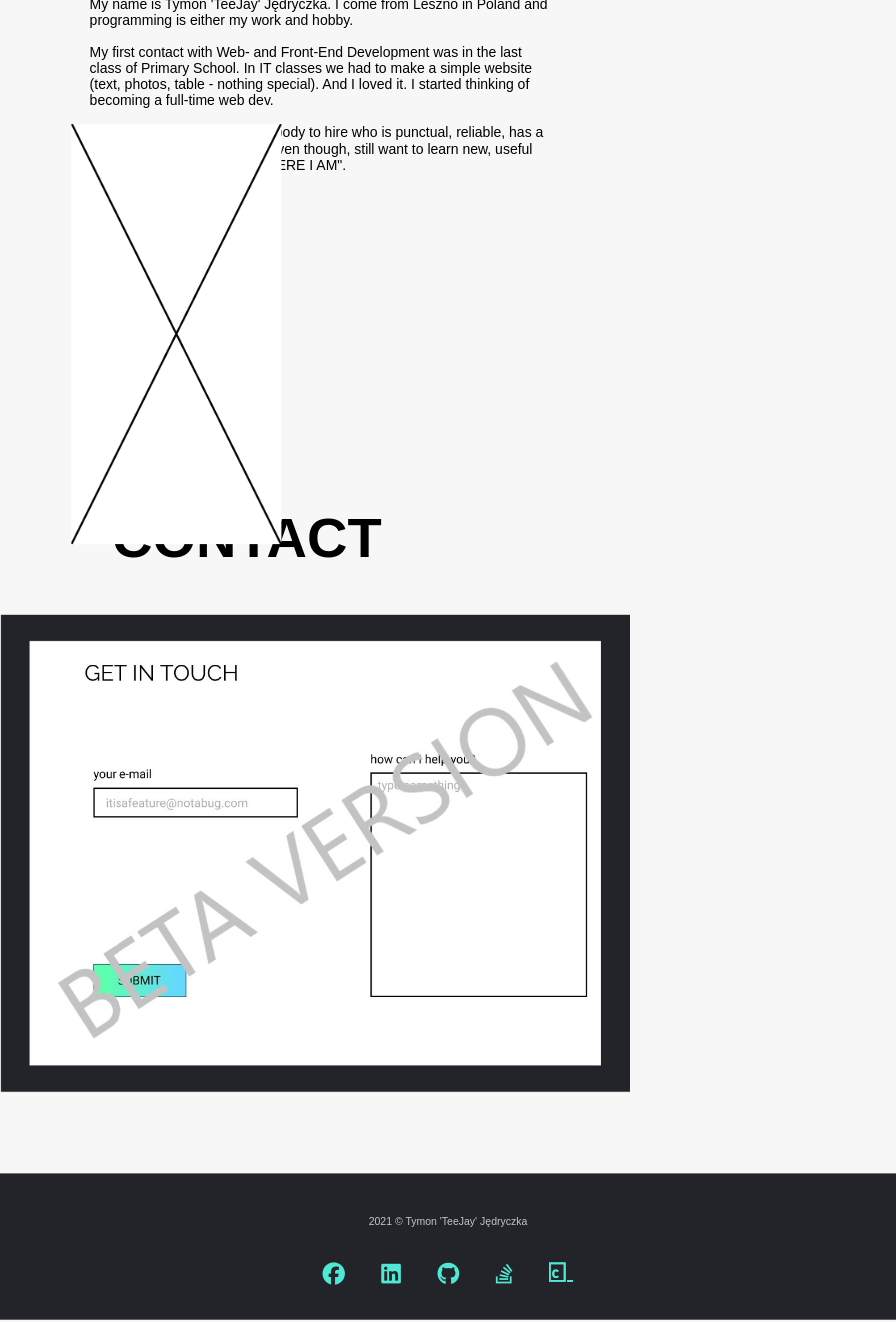
Repository: TeeJaysDev/Portfolio
Page: index.html
An editor plug-in stored every save of this project. The page is shown before and after a run of saves, followed by the edit.
The browser window is 1280 px wide. The pictures show the part of the page from y = 2425 to 4345 px (the page is 4313 px tall before and 4345 px after), at 70% of full size.
Some web libraries are served in a nearby version.

Above is the page before, as saved 2021-05-04 22:03:36.

### index.html
<!DOCTYPE html>
<html lang="en">
<head>
    <meta charset="UTF-8">
    <meta http-equiv="X-UA-Compatible" content="IE=edge">
    <meta name="viewport" content="width=device-width, initial-scale=1.0">
    <meta name="description" content="Author: Tymon 'TeeJay' Jędryczka, Purpose: It's just a portfolio, Technologies: HTML, CSS">
    <link rel="stylesheet" href="style.css">
    <script src="https://kit.fontawesome.com/97735ba04a.js" crossorigin="anonymous"></script>
    <title>Tymon Jędryczka | Portfolio</title>
</head>
<body>
    <nav>
        <a href="#skills"><h3>skills</h3></a>
        <a href="#projects"><h3>projects</h3></a>
        <a href="#about"><h3>about</h3></a>
        <a href="#contact"><h3>contact</h3></a>
    </nav>
    <header>
        <h2 class="welcome_part_h2">
            h1
        </h2>
        <h1 class="welcome_part_h1">
            Hi, I'm <br>
            <strong>Tymon Jędryczka</strong><br>
        </h1>
        <h1 class="welcome_part_h1_2">
            I design and build <br>
            incredible websites / webapps
        </h1>
        <p class="welcome_part_p">
            Web Dev and UX/UI Designer from Poland
        </p>
    </header>
    <main>
        <h1>
            SKILLS
        </h1>
        <section id="skills">
            <div class="languages">
                <div class="box">
                    <div class="image_h2">
                        <img src="Images/svg/languages.svg" alt="Languages I use all the time">
                        <h2>Languages</h2>
                    </div>
                    <div class="text">
                        <ul>
                            <li>HTML</li>
                            <li>CSS</li>
                            <li>JS</li>
                        </ul>
                    </div>
                </div>
            </div>
            <div class="frameworks">
                <div class="box">
                    <div class="image_h2">
                        <img src="Images/svg/frameworks.svg" alt="Frameworks I often use">
                        <h2>Frameworks</h2>
                    </div>
                    <div class="text">
                        <ul>
                            <li>React</li>
                            <li>Angular</li>
                            <li>Vue</li>
                        </ul>
                    </div>
                </div>
            </div>
            <div class="design">
                <div class="box">
                    <div class="image_h2">
                        <img src="Images/svg/design.svg" alt="Tool I use to create beautiful designs">
                        <h2>Design</h2>
                    </div>
                    <div class="text">
                        <ul>
                            <li>Figma</li>
                            <li>Inkscape</li>
                            <li>Own Ideas</li>
                        </ul>
                    </div>
                </div>
            </div>
            <div class="tools">
                <div class="box">
                    <div class="image_h2">
                        <img src="Images/svg/tools.svg" alt="Other tools I use to improve code performance and designs">
                        <h2>Tools</h2>
                    </div>
                    <div class="text">
                        <ul>
                            <li>VS Code</li>
                            <li>Git</li>
                            <li>Yarn</li>
                        </ul>
                    </div>
                </div>
            </div>
        </section>
        <section id="projects">
            <h1>
                PROJECTS
            </h1>
        </section>
        <section id="about">
            <h1>
                ABOUT
            </h1>
            <h2>
                Who am I?
            </h2>
            <div class="container">
                <p>
                    My name is Tymon 'TeeJay' Jędryczka. I come from Leszno in Poland and programming is either my work and hobby.
                    <br><br>
                    My first contact with Web- and Front-End Development was in the last class of Primary School. In IT classes we had to make a simple website (text, photos, table - nothing special). And I loved it. I started thinking of becoming a full-time web dev.
                    <!-- <br><br> I am also a self-taught dev and with CodeCademy and YouTube I get knowledge of HTML5, CSS3, JS, and its frameworks (React, Angular, Vue). I call myself a 2-in-1 developer 'cause I design things (usually in Figma) and then make them real by writing some code. -->
                    <br><br>
                    So if you are looking for somebody to hire who is punctual, reliable, has a great deal of knowledge and even though, still want to learn new, useful technologies, my answer is "HERE I AM".
                </p>
                <img src="Images/png/to_replace.png" alt="photo of myself">
            </div>
        </section>
        <section id="contact">
            <h1>
                CONTACT
            </h1>
            <img src="Images/png/contactform.png" alt="contactform BETA VERSION">
        </section>
    </main>
    <footer>
        <h2>2021 &copy; Tymon 'TeeJay' Jędryczka</h2>
        <ul>
            <li><a href="https://facebook.com/tymonjedr/" aria-label="Facebook" target="_blank" rel="noopener"><i class="fab fa-facebook"></i></a></li>
            <li><a href="https://linkedin.com/in/tymon-jedryczka/" aria-label="LinkedIn" target="_blank" rel="noopener"><i class="fab fa-linkedin"></i></a></li>
            <li><a href="https://github.com/TeeJaysDev" aria-label="GitHub" target="_blank" rel="noopener"><i class="fab fa-github"></i></a></li>
            <li><a href="https://stackoverflow.com/users/15029595/teejaysdev" aria-label="StackOverflow" target="_blank" rel="noopener"><i class="fab fa-stack-overflow"></i></a></li>
            <li><a href="https://codecademy.com/profiles/TeeJaysDev" target=”_blank” rel="noopener"><img src="Images/svg/codecademy.svg" alt=""></a></li>
        </ul>
    </footer>
</body>
</html>

### style.css
@import url('https://fonts.googleapis.com/css2?family=Raleway&display=swap');

* {
    margin: 0;
    padding: 0;
    font-family: sans-serif;
    text-decoration: none;
}

body {
    background-color: #F7F7F7;
}

nav {
    display: flex;
    justify-content: flex-end;
}

nav a {
    color: #000000;
    padding: 0.938rem;
    margin-top: 2rem;
    margin-right: 3.125rem;
    font-size: 1.563rem;
}

.welcome_part_h1 strong {
    background-image: linear-gradient(147deg, #4bffa5, #54d4ff 90%);
    background-size: 100%;
    background-repeat: repeat;
    background-clip: text;
    -webkit-background-clip: text;
    -webkit-text-fill-color: transparent;
    -moz-background-clip: text;
    -moz-text-fill-color: transparent;
    -webkit-text-stroke: 1.5px black;
}

.welcome_part_h2 {
    font-family: monospace;
    font-size: 3.75rem;
    margin-top: 9rem;
    margin-left: 2.5rem;
    margin-bottom: 0rem;
}

.welcome_part_h1, .welcome_part_h1_2{
    margin-top: 2rem;
    margin-left: 5rem;
    font-family: Raleway;
    font-weight: lighter;
    font-size: 5rem;
    min-width: 18ch;
}

.welcome_part_h1_2 {
    margin: 0.5rem auto 2rem 5rem;
    font-family: Raleway;
    font-weight: lighter;
    font-size: 4.1rem;
    min-width: 18ch;
}

.welcome_part_p {
    margin-bottom: 18rem;
    margin-left: 4rem;
    font-size: 2.5rem;
}

.box .image_h2 {
    justify-items: center;
}

.image_h2 img {
    width: 100px;
    height: 100px;
}

#skills {
    display: grid;
    justify-content: center;
    grid-template-columns: repeat(auto-fit, 400px);
    margin-left: 4.5rem;
}

main h1 {
    font-size: 5rem;
    margin-left: 10rem;
    margin-top: 10rem;
}

.image_h2 {
    display: flex;
    flex-wrap: wrap;
    margin: 4rem 20rem 1rem 1rem;
    font-size: 2rem;
}

.text {
    display: flex;
    flex-wrap: wrap;
}

.text ul li {
    list-style: none;
    margin: 1rem;
    color: #000000;
    font-weight: bold;
    font-size: 1.2rem;
    text-align: center;
    align-items: center;
    border-radius: 1rem;
    margin: 0.3125rem 0.3125rem;
    display: inline-block;
    width: 7rem;
    background-image: linear-gradient(147deg, #4bffa5, #54d4ff 90%);
    padding-top: 1rem;
    padding-bottom: 1rem;
}

#projects h1 {
    margin-top: 10rem;
}

#about .container {
    display: grid;
    grid-template-columns: repeat(auto-fit, 1fr);
    height: 600px;
    width: 100%;
    color: #000000;
}

#about h2 {
    margin-left: 5rem;
    margin-top: 7rem;
}

#about p {
    font-size: 1.25rem;
    min-width: 32ch;
    max-width: 60ch;
    margin-left: 8rem;
    margin-bottom: 5rem;
    margin-top: 2rem;
}

#about img {
    width: 600px;
    height: 300px;
    margin-left: -3rem;
    transform: rotate(90deg);
    align-items: center;
}

#contact {
    display: block;
}

#contact h1 {
    margin-bottom: 4rem;
}

#contact img {
    width: 900px;
    margin-bottom: 7rem;
}

footer, footer h2 {
    color: #C5C4C6;
    background-color: #232429;
    font-family: Arial, Helvetica, sans-serif;
    font-size: 0.938rem;
    font-weight: lighter;
    text-align: center;
    z-index: -1;
    padding-top: 1.875rem;
    padding-bottom: 3.125rem;
}

footer ul li{
    margin: 0rem 1.5rem;
    display: inline;
}

footer .fab {
    color: #50E8D5;
    font-size: 2rem;
}

footer img{
    width: 2.2rem;
}

body .error {
    text-align: center;
}

.error p {
    font-family: Quicksand;
    font-weight: 700;
    color: #000000;
    font-size: 20rem;
    margin-top: 5rem;
}

.error button a {
    text-decoration: none;
    text-align: center;
    color: #000000;
    font-size: 2rem;
    padding: 3rem;
}

.error .mainError {
    display: flex;
    text-align: center;
    margin-left: 40rem;
    margin-right: auto;
}

.error img {
    width: 250px;
}

.error button {
    margin-top: 10rem;
}
/* Smartphone (portrait) --- */

@media only screen
and (max-width: 767px) {

    nav {
        display: flex;
        justify-content: flex-end;
        margin-right: 1rem;
        margin-top: 0rem;
    }

    nav a {
        padding: 0.938rem;
        margin-top: 2rem;
        margin-right: -1rem;
        font-size: 1rem;
    }

    .welcome_part_h2 {
        font-family: monospace;
        font-size: 1.875rem;
        margin-top: 9rem;
        margin-left: 1rem;
    }

    .welcome_part_h1 {
        margin-top: 1rem;
        margin-left: 2rem;
        font-size: 2.5rem;
        min-width: 18ch;
    }

    .welcome_part_h1_2 {
        margin-bottom: 2rem;
        margin-left: 2rem;
        font-size: 2rem;
    }

    .welcome_part_p {
        margin-bottom: 10rem;
        margin-left: 2rem;
        font-size: 1.25rem;
    }

    main h1 {
        margin-left: 3rem;
        font-size: 4rem;
    }

    #about p {
        font-size: 1.25rem;
        max-width: 35ch;
        margin-left: 2rem;
        margin-bottom: 5rem;
    }

    #about h2 {
        margin-left: 2rem;
        margin-top: 5rem;
    }

    #about img {
        margin-left: -1rem;
    }

    footer, footer h4 {
        padding-top: 1.875rem;
        padding-bottom: 3.125rem;
        width: 100%;
    }

    footer li{
        display: inline;
    }
}



@media only screen
and (min-width: 768px)
and (max-width: 1024px)
and (orientation: portrait) {

    * {
        margin: 0;
        padding: 0;
        font-family: sans-serif;
        text-decoration: none;
    }

    body {
        background-color: #F7F7F7;
    }

    nav {
        display: flex;
        justify-content: flex-end;
        margin-right: 0rem;
        margin-top: 0rem;
    }

    nav a {
        color: #000000;
        padding: 0.938rem;
        margin-top: 2rem;
        margin-right: 3.125rem;
        font-size: 1.563rem;
    }

    .welcome_part_h2 {
        font-family: monospace;
        font-size: 3.75rem;
        margin-top: 13rem;
        margin-left: 2.5rem;
        margin-bottom: 0rem;
    }

    .welcome_part_h1 {
        margin-top: 2rem;
        margin-left: 5rem;
        margin-bottom: 2rem;
        font-family: Raleway;
        font-weight: lighter;
        font-size: 3.9rem;
        min-width: 18ch;
    }

    .welcome_part_p {
        margin-bottom: 20rem;
        margin-left: 4rem;
    }

    #about p {
        font-size: 1.25rem;
        max-width: 45ch;
        margin-left: 8rem;
        margin-bottom: 5rem;
    }

    #about h2 {
        margin-left: 5rem;
        margin-top: 5rem;
    }

    #projects h1 {
        width: 15%;
        margin-top: 3rem;
    }

    #about h1 {
        width: 15%;
    }

    #contact h1 {
        width: 17%;
    }

    footer, footer h4 {
        color: #C5C4C6;
        background-color: #232429;
        font-family: Arial, Helvetica, sans-serif;
        font-size: 0.938rem;
        font-weight: lighter;
        text-align: center;
        z-index: -1;
        width: 100%;
        padding-top: 1.875rem;
        padding-bottom: 3.125rem;
    }

    body .error {
        text-align: center;
    }

    .error p {
        font-family: Quicksand;
        font-weight: 700;
        color: #000000;
        font-size: 20rem;
        margin-top: 5rem;
    }

    .error button a {
        text-decoration: none;
        text-align: center;
        color: #000000;
        font-size: 2rem;
        padding: 3rem;
    }

    .error .mainError {
        display: flex;
        text-align: center;
        margin-left: 40rem;
        margin-right: auto;
    }

    .error img {
        width: 250px;
    }

    .error button {
        margin-top: 10rem;
    }
}

@media only screen
and (min-width: 953)
and (max-width: 1230) {
     p {
        margin-left: 1rem;
    }
}

@media only screen
and (min-width: 550px)
and (max-width: 700px) {
    .welcome_part_h2 {
        font-family: monospace;
        font-size: 3.75rem;
        margin-top: 13rem;
        margin-left: 2.5rem;
        margin-bottom: 0rem;
    }

    .welcome_part_h1 {
        margin-top: 2rem;
        margin-left: 5rem;
        margin-bottom: 2rem;
        font-size: 2.6rem;
    }

    .welcome_part_p {
        margin-bottom: 20rem;
        margin-left: 4rem;
    }
}

@media only screen
and (min-width: 1920px) {
    .welcome_part_h2 {
        font-family: monospace;
        font-size: 3.75rem;
        margin-top: 13rem;
        margin-left: 2.5rem;
        margin-bottom: 0rem;
    }

    .welcome_part_h1 {
        margin-top: 2rem;
        margin-left: 5rem;
        margin-bottom: 2rem;
        font-size: 5rem;
    }

    .welcome_part_p {
        margin-bottom: 20rem;
        margin-left: 4rem;
        font-size: 2.5rem;
    }
}

@media only screen
and (max-width: 950) {

}

After the next 3 saves:
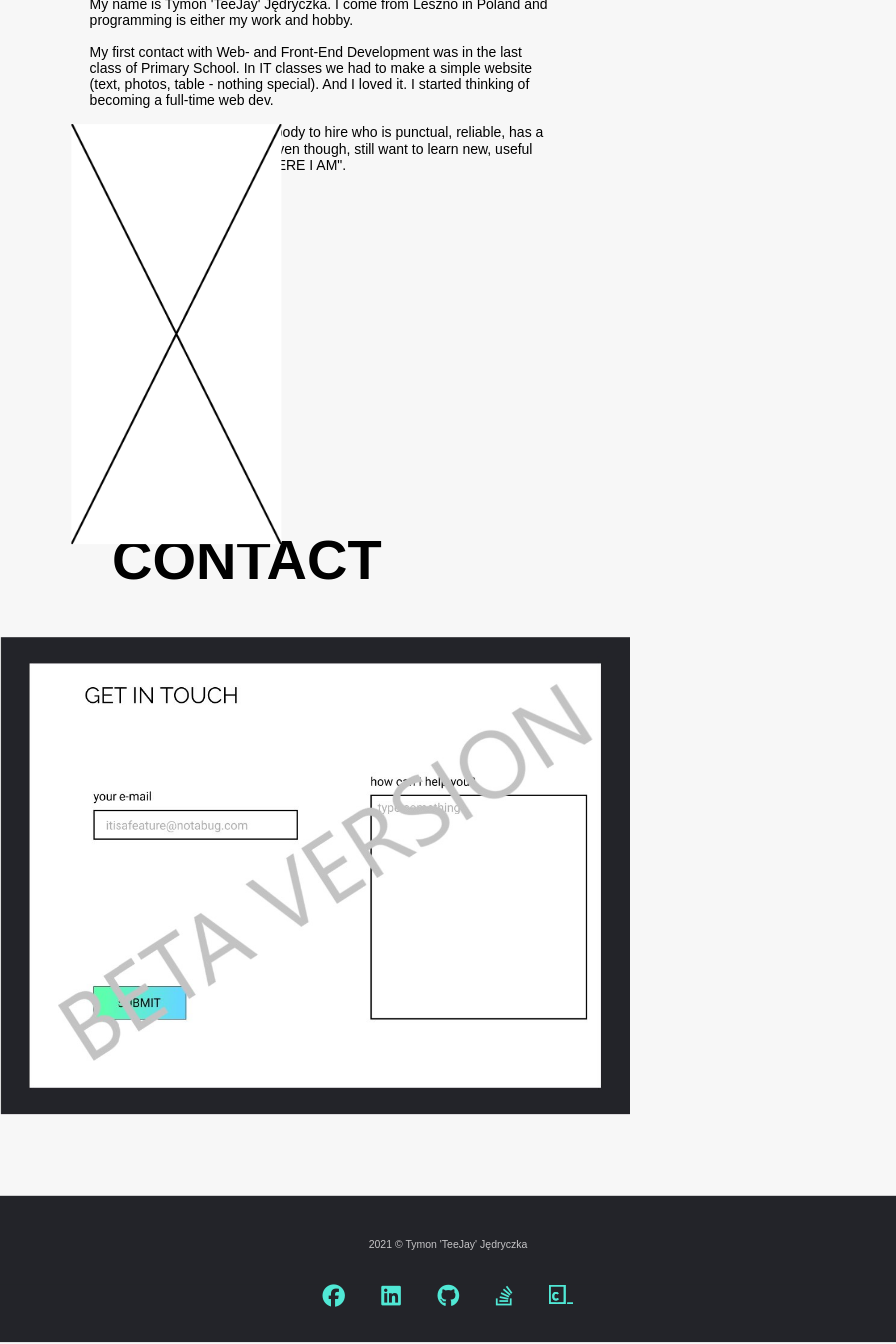
The 3 saves are shown as one change because they came seconds apart.
The last was saved 34 s later.
--- a/style.css
+++ b/style.css
@@ -122,9 +122,9 @@ main h1 {
     margin-top: 10rem;
 }
 
+
+
 #about .container {
-    display: grid;
-    grid-template-columns: repeat(auto-fit, 1fr);
     height: 600px;
     width: 100%;
     color: #000000;
